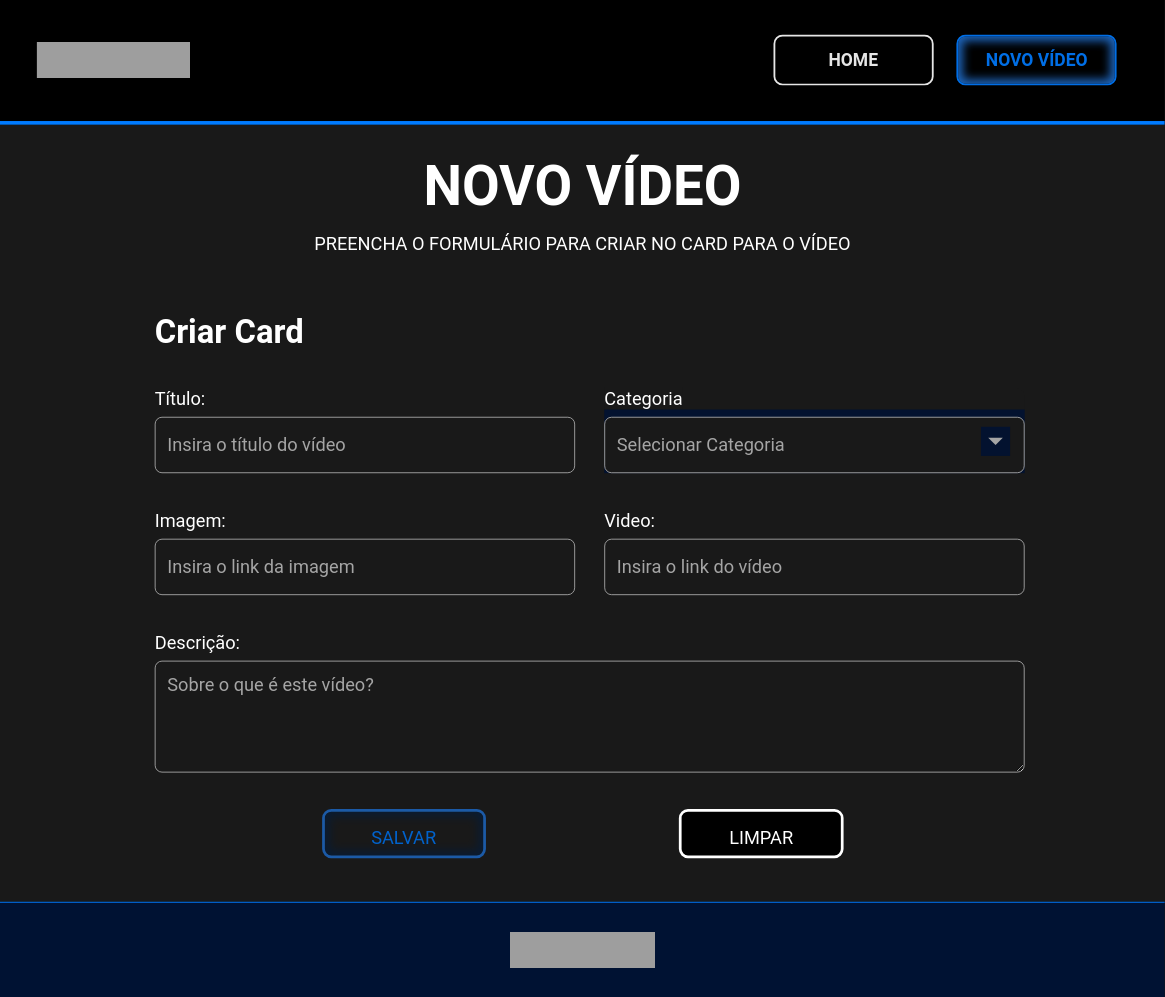
Repository: guilhermecardoso93/aluraflix
Page: /new-video
These files come from the project's save history. The page is drawn as it stood at one moment and after the next save; the edit follows.
The browser window is 1280 px wide. The pictures show the whole page, at 91% of full size.
Pictures or frames that could not be fetched are drawn as grey boxes. The page's requests for data from a server got no answer. The project was rebuilt for these pictures with package versions that can differ from the ones it lists, and the page was loaded fresh each time. No one was signed in, and anything a server would have sent is missing. Also part of the build but not shown: vite.config.js, src/components/Loading/Loading.css, src/components/Loading/index.jsx, src/components/Banner/Banner.module.css, src/components/Banner/index.jsx, src/components/Notification/Notification.css, src/components/Notification/index.jsx, src/components/Card/Card.css and 9 more.

Above is the page before, as saved 2024-07-09 21:59:40.

After the next save:
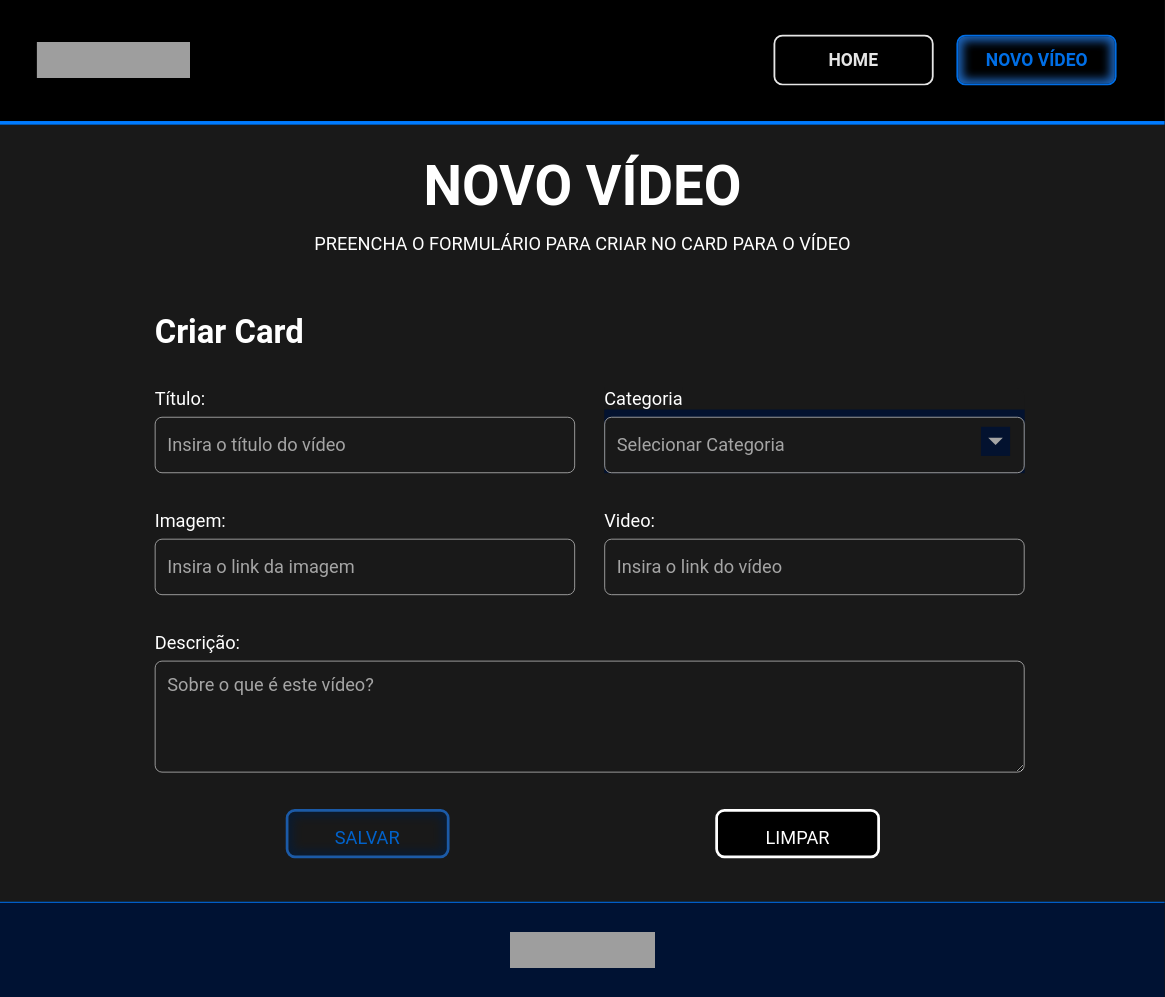
Saved 80 s later.
--- a/src/components/Button/Button.css
+++ b/src/components/Button/Button.css
@@ -4,7 +4,7 @@
     margin: auto;
     background: transparent;
     width: 100%;
-    max-width: 35.813rem;
+    max-width: 40.813rem;
     font-size: 1.25rem;
 }
 
